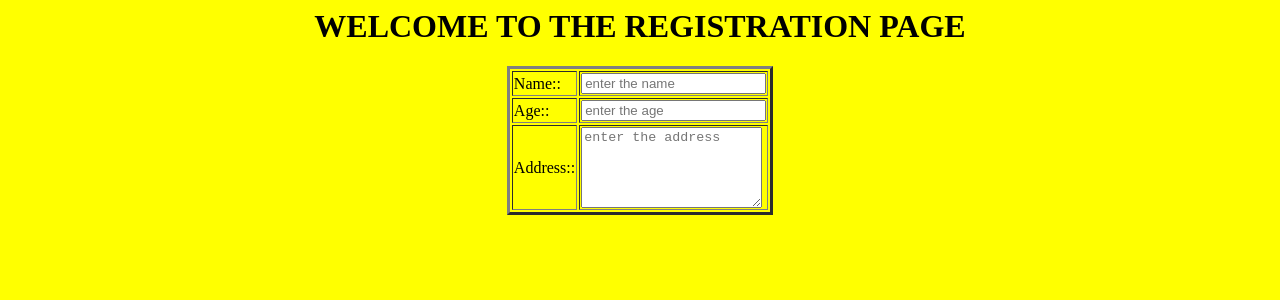
Repository: shivaramkrishna53/SERVLET_PROJECTS
Page: proj12-WorkingWithDifferentFormComponents-RegistrationApp/WebContent/input.html
The author's editor kept a copy of each file at every save. The page is drawn from the files as they stood at one save, then again after the next save.
The browser window is 1280 px wide. The pictures show the whole page.

Above is the page before, as saved 2021-01-12 14:14:40.

### proj12-WorkingWithDifferentFormComponents-RegistrationApp/WebContent/input.html
<html>
<head>
<title>Registration</title>
</head>
<body bgcolor="yellow">
<center>
<h1 >WELCOME TO THE REGISTRATION PAGE</h1>
<form action="registrationurl" method="post">
<table border="3">
<tr>
<td>Name::</td>
<td>
<input type="text" name="pname" placeholder="enter the name"/>
</td>
</tr>
<tr>
<td>Age::</td>
<td>
<input type="number" name="page" placeholder="enter the age"/>
</td>
</tr>
<tr>
<td>Address::</td>
<td>
<textarea rows="5" cols="20" placeholder="enter the address" name="address"></textarea>
</td>
</tr>
</table>
</form>
</center>
</body>
</html>

After the next save:
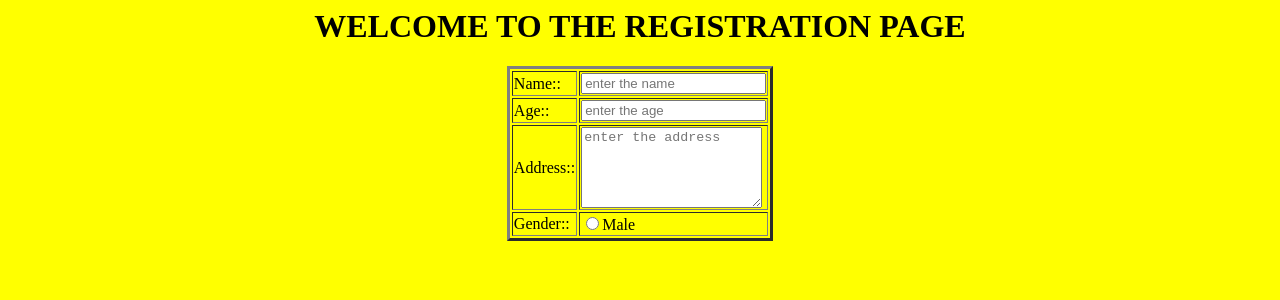
Saved 3 min 17 s later.
--- a/proj12-WorkingWithDifferentFormComponents-RegistrationApp/WebContent/input.html
+++ b/proj12-WorkingWithDifferentFormComponents-RegistrationApp/WebContent/input.html
@@ -25,6 +25,12 @@
 <textarea rows="5" cols="20" placeholder="enter the address" name="address"></textarea>
 </td>
 </tr>
+<tr>
+<td>Gender::</td>
+<td>
+<input type="radio" name="gender" placeholder="enter gender">Male
+</td>
+</tr>
 </table>
 </form>
 </center>
